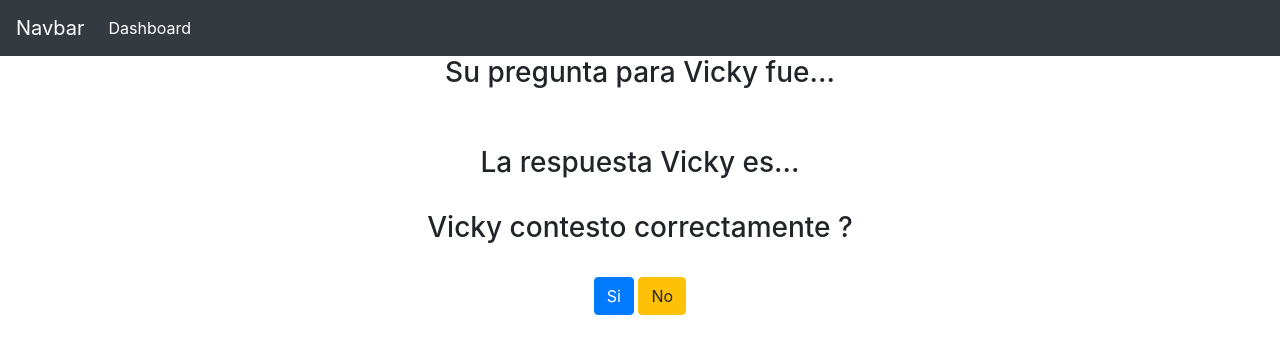
Repository: Crixtiancub/feedback_Vicky
Page: vicky/templates/respuesta_Vicky.html
An editor plug-in stored every save of this project. The page is shown before and after the next save, followed by the edit.
The browser window is 1280 px wide. The pictures show the whole page.
The page is served by the project's application, run on Django 3.2 (manage.py). Other server files are loaded and not shown. The template is opened directly, without the code that normally fills it, so the values that code supplies are empty.

Above is the page before, as saved 2021-04-29 16:47:22.

### vicky/templates/respuesta_Vicky.html
{% extends 'main.html' %}

{% block content %}

<center>
    <h3>Su pregunta para Vicky fue...</h3>
    {{ pregunta }}
    <br>
    <br>

    <h3>La respuesta Vicky es...</h3>
    {{ respuesta }}
    <br>

    <form action="{% url 'home' %}">
        <h3>Vicky contesto correctamente ?</h3>
        <br>

        <input type="submit" class="btn btn-primary" value="Si">
        <input type="submit" class="btn btn-warning" value="No">
    </form>

</center>

{% endblock %}

### vicky/templates/main.html
<!DOCTYPE html>
 <!-- Latest compiled and minified CSS -->
 <link rel="stylesheet" href="https://maxcdn.bootstrapcdn.com/bootstrap/4.5.2/css/bootstrap.min.css">

 <!-- jQuery library -->
 <script src="https://ajax.googleapis.com/ajax/libs/jquery/3.5.1/jquery.min.js"></script>

 <!-- Popper JS -->
 <script src="https://cdnjs.cloudflare.com/ajax/libs/popper.js/1.16.0/umd/popper.min.js"></script>

 <!-- Latest compiled JavaScript -->
 <script src="https://maxcdn.bootstrapcdn.com/bootstrap/4.5.2/js/bootstrap.min.js"></script>

<html>
    <head>
        <title>
            Prueba1
        </title>
    </head>
    <body>
        {% include 'navbar.html' %}

        {% block content %}

        {% endblock %}
    </body>
</html>

### vicky/templates/navbar.html
 <nav class="navbar navbar-expand-lg navbar-dark bg-dark">
    <a class="navbar-brand" href="#">Navbar</a>
    <button class="navbar-toggler" type="button" data-toggle="collapse" data-target="#navbarSupportedContent" aria-controls="navbarSupportedContent" aria-expanded="false" aria-label="Toggle navigation">
      <span class="navbar-toggler-icon"></span>
    </button>

    <div class="collapse navbar-collapse" id="navbarSupportedContent">
      <ul class="navbar-nav mr-auto">
        <li class="nav-item active">
          <a class="nav-link" href="{% url 'home' %}">Dashboard</a>
        </li>
        <!-- <li class="nav-item dropdown">
          <a class="nav-link dropdown-toggle" href="#" id="navbarDropdown" role="button" data-toggle="dropdown" aria-haspopup="true" aria-expanded="false">
            Dropdown
          </a>
          <div class="dropdown-menu" aria-labelledby="navbarDropdown">
            <a class="dropdown-item" href="#">Action</a>
            <a class="dropdown-item" href="#">Another action</a>
            <div class="dropdown-divider"></div>
            <a class="dropdown-item" href="#">Something else here</a>
          </div>
        </li>
        <li class="nav-item">
          <a class="nav-link disabled" href="#">Disabled</a>
        </li>
      </ul>
      <form class="form-inline my-2 my-lg-0">
        <input class="form-control mr-sm-2" type="search" placeholder="Search" aria-label="Search">
        <button class="btn btn-outline-success my-2 my-sm-0" type="submit">Search</button>
      </form> -->
    </div>
  </nav>

### prueba_Vicky/urls.py
"""prueba_Vicky URL Configuration

The `urlpatterns` list routes URLs to views. For more information please see:
    https://docs.djangoproject.com/en/3.2/topics/http/urls/
Examples:
Function views
    1. Add an import:  from my_app import views
    2. Add a URL to urlpatterns:  path('', views.home, name='home')
Class-based views
    1. Add an import:  from other_app.views import Home
    2. Add a URL to urlpatterns:  path('', Home.as_view(), name='home')
Including another URLconf
    1. Import the include() function: from django.urls import include, path
    2. Add a URL to urlpatterns:  path('blog/', include('blog.urls'))
"""
from django.contrib import admin
from django.urls import path, include

urlpatterns = [
    path('admin/', admin.site.urls),
    path('', include('vicky.urls'))
]

### vicky/urls.py
from django.urls import path
from . import views


# Direccionamiento de las paginas
urlpatterns = [
    path(r'', views.home, name="home"),
    path(r'noVisitas/', views.noVisitas, name="noVisitas"),
    path(r'respuesta_Vicky/', views.respuesta_Vicky, name='respuesta_Vicky')
]

After the next save:
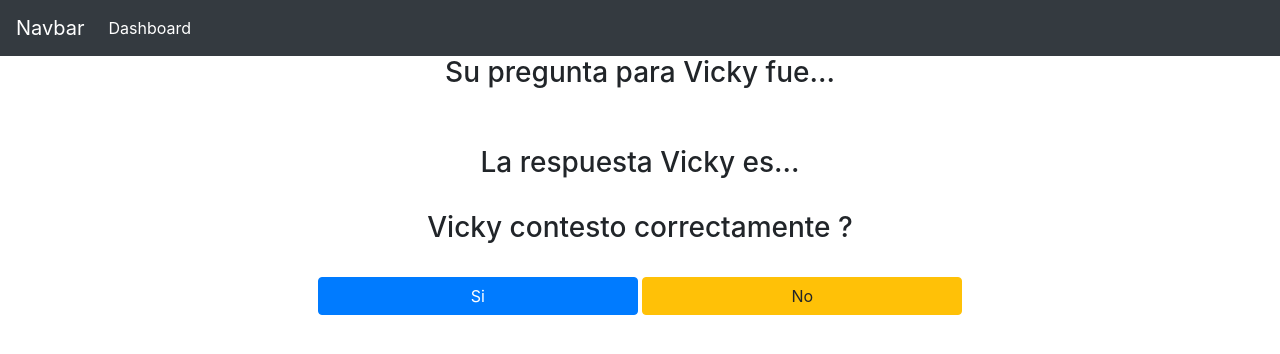
Saved 76 s later.
--- a/vicky/templates/respuesta_Vicky.html
+++ b/vicky/templates/respuesta_Vicky.html
@@ -16,8 +16,8 @@
         <h3>Vicky contesto correctamente ?</h3>
         <br>
 
-        <input type="submit" class="btn btn-primary" value="Si">
-        <input type="submit" class="btn btn-warning" value="No">
+        <input type="submit" class="col-sm-3 btn btn-primary" value="Si">
+        <input type="submit" class="col-sm-3 btn btn-warning" value="No">
     </form>
 
 </center>
